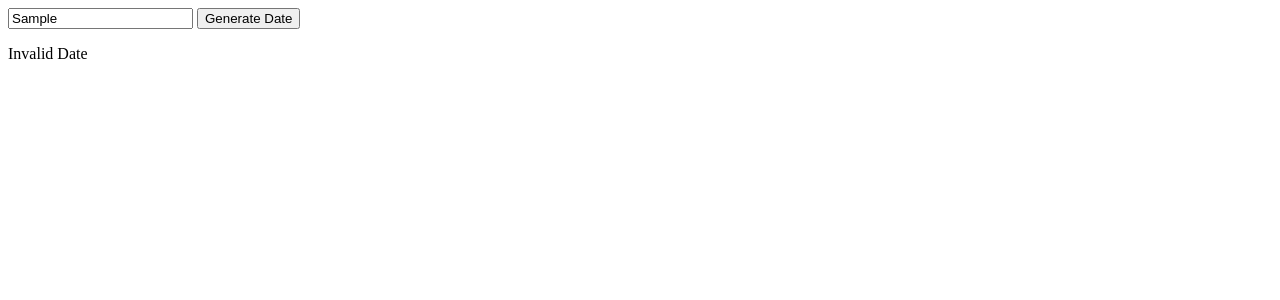
Repository: jfjadloc/jfjadloc.github.io
Page: Timestamp/index.html
An editor plug-in stored every save of this project. The page is shown before and after a run of saves, followed by the edit.
The browser window is 1280 px wide. The pictures show the whole page.
Empty fields were first filled with sample values (such as "Sample", 5 or name@example.com).
After loading, the first visible `#myBtn` was clicked once.

Above is the page before, as saved 2022-02-27 20:44:15.
Console error: TypeError: Cannot read properties of null (reading 'innerHTML')

After the next 2 saves:
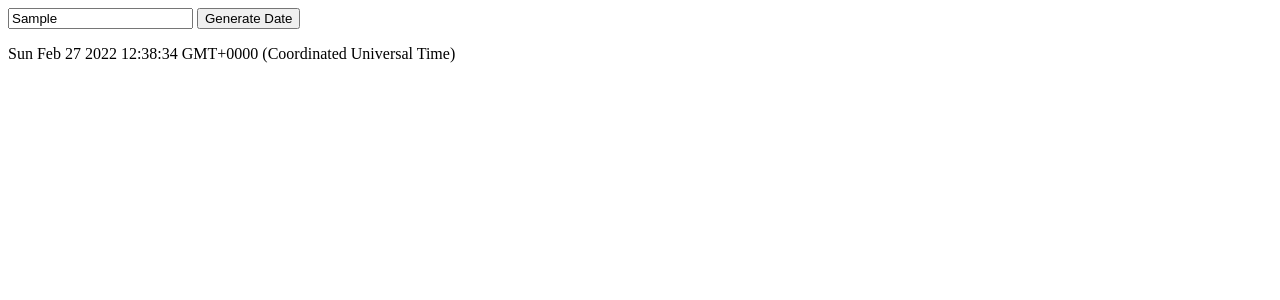
The 2 saves are shown as one change because they came seconds apart.
The last was saved 54 s later.
--- a/Timestamp/index.html
+++ b/Timestamp/index.html
@@ -9,7 +9,7 @@
     <script>
         var ST = document.getElementById("date_input").innerHTML.Date;
         function displayDate() {
-            document.getElementById("answer").innerHTML = new Date(ST);
+            document.getElementById("answer").innerHTML = new Date(1645965514951);
         }
     </script>
 </head>

After the save that followed:
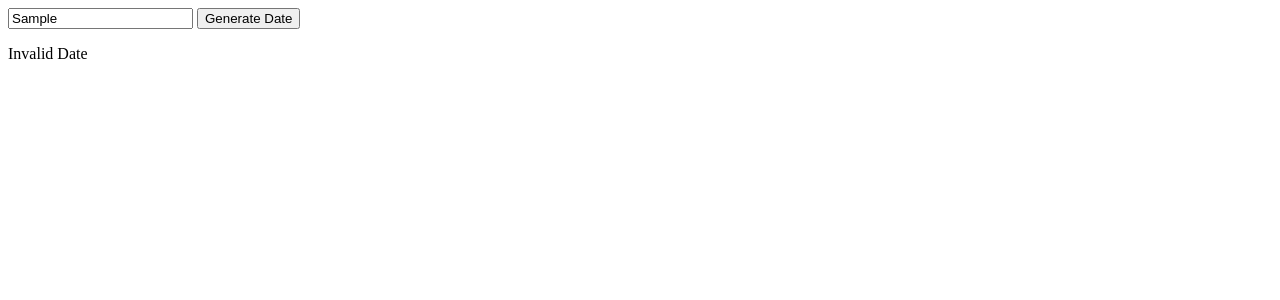
Saved 14 s later.
--- a/Timestamp/index.html
+++ b/Timestamp/index.html
@@ -9,7 +9,7 @@
     <script>
         var ST = document.getElementById("date_input").innerHTML.Date;
         function displayDate() {
-            document.getElementById("answer").innerHTML = new Date(1645965514951);
+            document.getElementById("answer").innerHTML = new Date(document.getElementById("date_input").innerHTML);
         }
     </script>
 </head>
